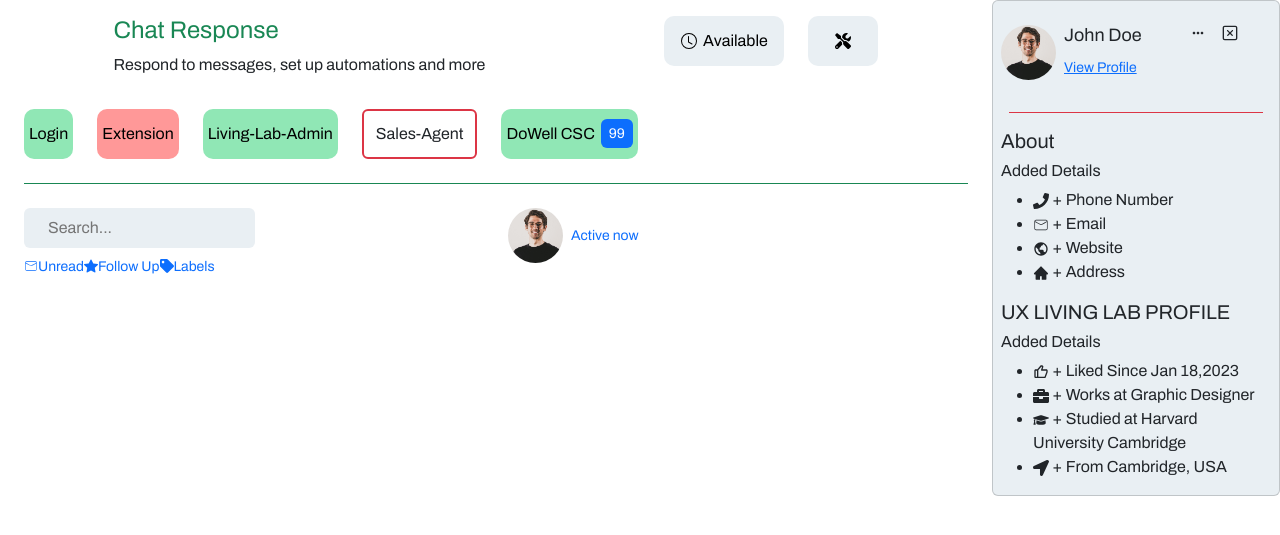
Repository: uh-sman/UX-Living-Lab-Chat
Page: /
An editor plug-in stored every save of this project. The page is shown before and after the next save, followed by the edit.
The browser window is 1280 px wide. The pictures show the whole page.
The project was rebuilt for these pictures with package versions that can differ from the ones it lists, and the page was loaded fresh each time.

Above is the page before, as saved 2023-05-10 17:03:31.

After the next save:
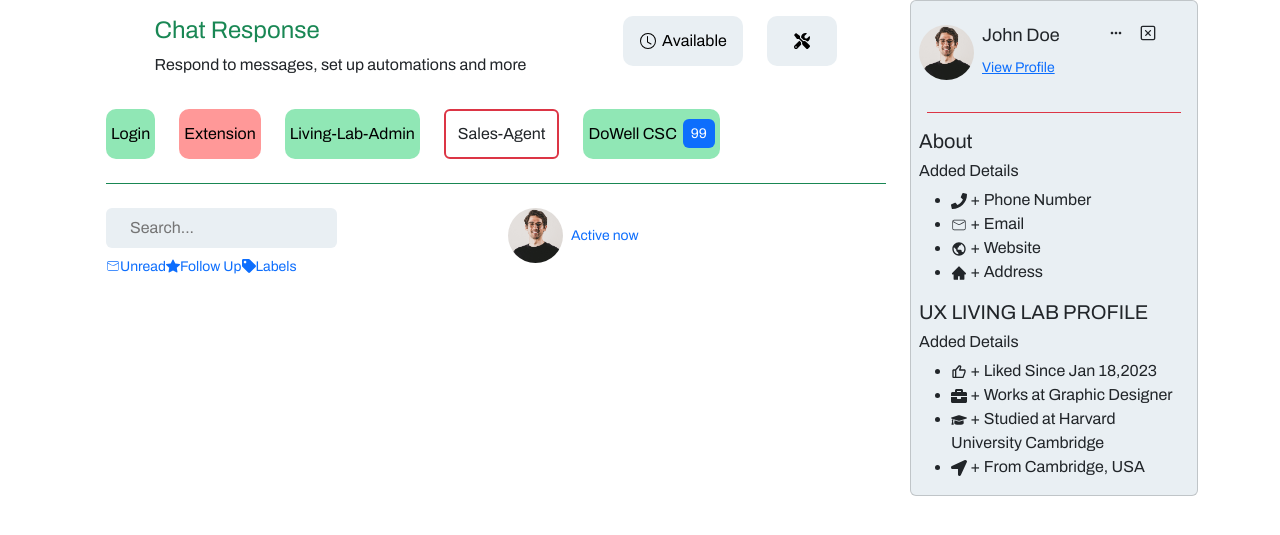
Saved 7 min 5 s later.
--- a/src/container/index.js
+++ b/src/container/index.js
@@ -3,7 +3,7 @@ import ChatSection from "./ChatSection";
 import DetailsSection from "./DetailsSection";
 const Container = () => {
   return (
-    <div className="">
+    <div className="container">
       <div className="d-flex justify-content-around">
         <ChatSection />
         <DetailsSection />
